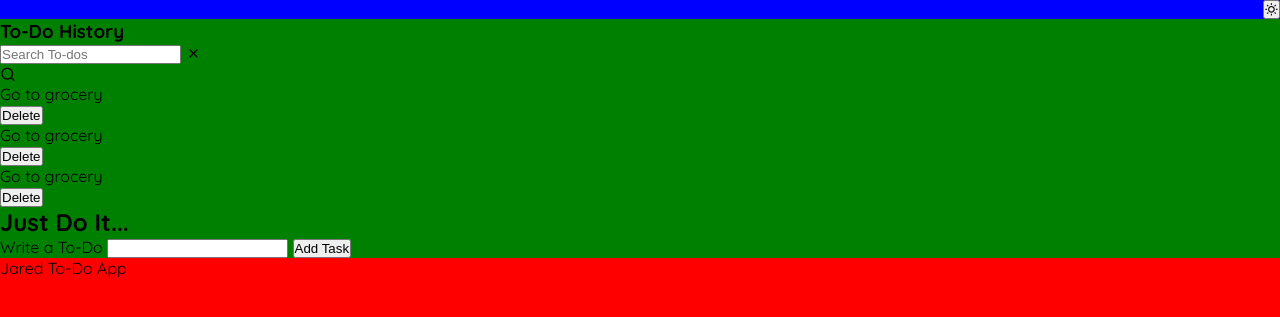
Repository: EguJaredoBoyd/Jared-ToDo-App
Page: main.html
These files come from the project's save history. The page is drawn as it stood at one moment and after the next save; the edit follows.
The browser window is 1280 px wide. The pictures show the whole page.
Some web libraries are served in a nearby version.

Above is the page before, as saved 2025-12-22 01:06:07.

After the next save:
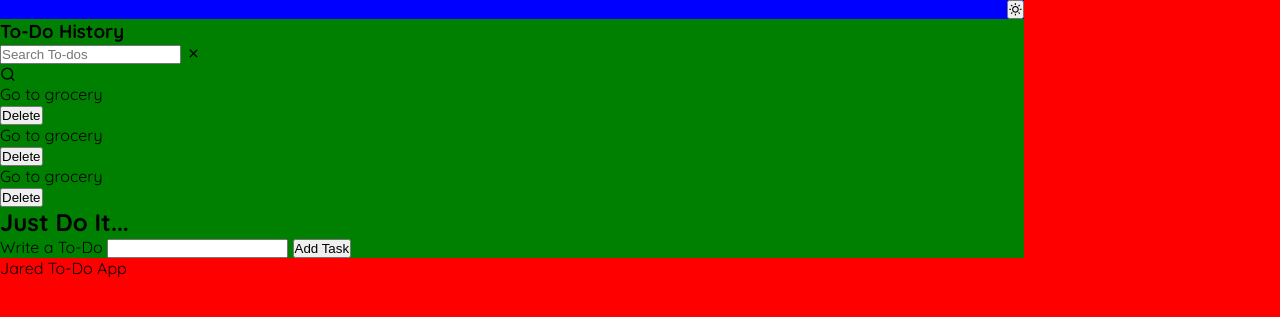
Saved 13 s later.
--- a/css/main.css
+++ b/css/main.css
@@ -24,7 +24,7 @@
 body {
   font-family: "Quicksand", sans-serif;
   background-color: red;
-  max-width: 100vw;
+  max-width: 80vw;
   max-height: 100vh;
 }
 

After the save that followed:
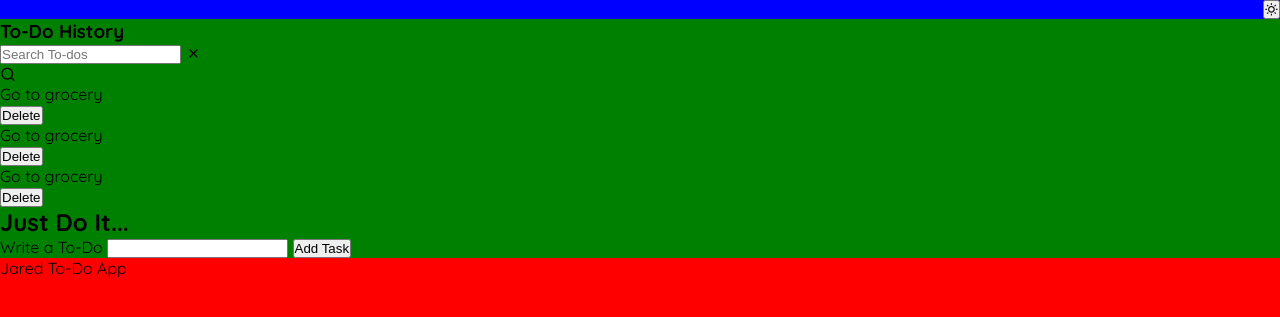
Saved 25 s later.
--- a/css/main.css
+++ b/css/main.css
@@ -24,7 +24,7 @@
 body {
   font-family: "Quicksand", sans-serif;
   background-color: red;
-  max-width: 80vw;
+  max-width: 100vw;
   max-height: 100vh;
 }
 
